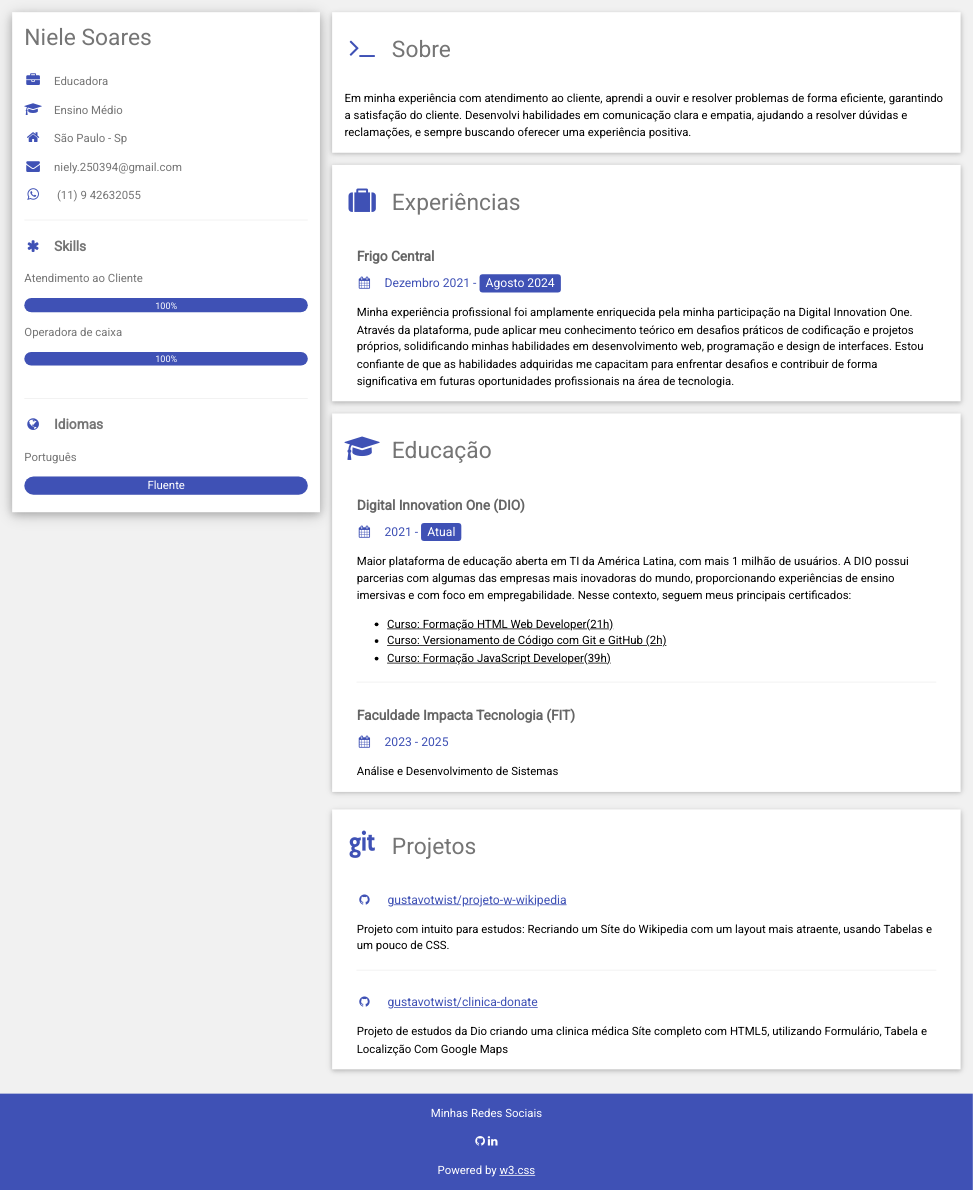
Repository: gustavotwist/cv2
Page: index.html
The author's editor kept a copy of each file at every save. The page is drawn from the files as they stood at one save, then again after a run of saves.
The browser window is 1280 px wide. The pictures show the whole page, at 76% of full size.

Above is the page before, as saved 2024-08-23 17:26:29.

### index.html
<!DOCTYPE html>
<!-- @falvojr: Reference article https://www.w3schools.com/howto/howto_website_create_resume.asp -->
<!-- @falvojr: Useful link to use fontawesome (fa) icons: https://fontawesome.com/v4/icons/ -->
<html lang="pt-BR">

  <head>
    <title>Niele Soares</title>

    <meta http-equiv="Content-Type" content="text/html; charset=UTF-8">
    <meta name="viewport" content="width=device-width, initial-scale=1">

    <link rel="stylesheet" href="https://www.w3schools.com/w3css/4/w3.css">
    <link rel='stylesheet' href='https://fonts.googleapis.com/css?family=Roboto'>
    <link rel="stylesheet" href="https://cdnjs.cloudflare.com/ajax/libs/font-awesome/4.7.0/css/font-awesome.min.css">

    <style>
      html,body,h1,h2,h3,h4,h5,h6 {font-family: "Roboto", sans-serif}
    </style>

  </head>

  <body class="w3-light-grey" cz-shortcut-listen="true">

    <!-- Page Container -->
    <div class="w3-content w3-margin-top" style="max-width:1400px;">

      <!-- The Grid -->
      <div class="w3-row-padding">

        <!-- Left Column -->
        <div class="w3-third">

          <div class="w3-white w3-text-grey w3-card-4">
            <!-- @falvojr: This container has been modified to not use a profile picture. -->
            <div class="w3-container">
              <h2>Niele Soares</h2>
            </div>
            <div class="w3-container">
              <p><i class="fa fa-briefcase fa-fw w3-margin-right w3-large w3-text-indigo"></i>Educadora</p>
              <p><i class="fa fa-graduation-cap fa-fw w3-margin-right w3-large w3-text-indigo"></i>Ensino Médio</p>
              <p><i class="fa fa-home fa-fw w3-margin-right w3-large w3-text-indigo"></i>São Paulo - Sp</p>
              <p><i class="fa fa-envelope fa-fw w3-margin-right w3-large w3-text-indigo"></i><a href="mailto:niely.250394@gmail.com" style="text-decoration: none;">niely.250394@gmail.com</a></p>
              <p ><i class="fa fa-whatsapp fa-fw w3-margin-right w3-large w3-text-indigo"></i> <a href="tel:(11) 9 42632055" style="text-decoration: none;"> (11) 9 42632055</a> </p>
              <hr>

              <p class="w3-large">
                <b><i class="fa fa-asterisk fa-fw w3-margin-right w3-text-indigo"></i>Skills</b>
              </p>
              <p>Atendimento ao Cliente</p>
              <div class="w3-light-grey w3-round-xlarge w3-small">
                <div class="w3-container w3-center w3-round-xlarge w3-indigo" style="width:100%">100%</div>
              </div>
              <p>Operadora de caixa</p>
              <div class="w3-light-grey w3-round-xlarge w3-small">
                <div class="w3-container w3-center w3-round-xlarge w3-indigo" style="width:100%">100%</div>
              </div>
              <br>
              <hr>
              <p class="w3-large w3-text-theme">
                <b><i class="fa fa-globe fa-fw w3-margin-right w3-text-indigo"></i>Idiomas</b>
              </p>
              <p>Português</p>
              <div class="w3-light-grey w3-round-xlarge">
                <div class="w3-container w3-center w3-round-xlarge w3-indigo" style="height:24px;width:100%">Fluente</div>
              </div>
              <br>
            </div>
          </div><br>

          <!-- End Left Column -->
        </div>

        <!-- Right Column -->
        <div class="w3-twothird">

          <div class="w3-container w3-card w3-white w3-margin-bottom">
            <h2 class="w3-text-grey w3-padding-16"><i class="fa fa-terminal fa-fw w3-margin-right w3-xxlarge w3-text-indigo"></i>Sobre</h2>
            <p>Em minha experiência com atendimento ao cliente, aprendi a ouvir e resolver problemas de forma eficiente, garantindo a satisfação do cliente. Desenvolvi habilidades em comunicação clara e empatia, ajudando a resolver dúvidas e reclamações, e sempre buscando oferecer uma experiência positiva.</p>
          </div>

          <div class="w3-container w3-card w3-white w3-margin-bottom">
            <h2 class="w3-text-grey w3-padding-16">
              <i class="fa fa-suitcase fa-fw w3-margin-right w3-xxlarge w3-text-indigo"></i>Experiências
            </h2>
            <div class="w3-container">
              <h5 class="w3-opacity"><b>Frigo Central</b></h5>
                <h6 class="w3-text-indigo"><i class="fa fa-calendar fa-fw w3-margin-right"></i>Dezembro 2021 - <span class="w3-tag w3-indigo w3-round">Agosto 2024</span></h6>
                <p>
                    Minha experiência profissional foi amplamente enriquecida pela minha participação na Digital Innovation One. Através da plataforma, pude aplicar meu conhecimento teórico em desafios práticos de codificação e projetos próprios, solidificando minhas habilidades em desenvolvimento web, programação e design de interfaces. Estou confiante de que as habilidades adquiridas me capacitam para enfrentar desafios e contribuir de forma significativa em futuras oportunidades profissionais na área de tecnologia.
                </p>

            </div>
          </div>

          <div class="w3-container w3-card w3-white">
            <h2 class="w3-text-grey w3-padding-16">
              <i class="fa fa-graduation-cap fa-fw w3-margin-right w3-xxlarge w3-text-indigo"></i>Educação
            </h2>
            <div class="w3-container">
              <h5 class="w3-opacity"><b>Digital Innovation One (DIO)</b></h5>
              <h6 class="w3-text-indigo"><i class="fa fa-calendar fa-fw w3-margin-right"></i>2021 - <span class="w3-tag w3-indigo w3-round">Atual</span></h6>
              <p>
                Maior plataforma de educação aberta em TI da América Latina, com mais 1 milhão de usuários.
                A DIO possui parcerias com algumas das empresas mais inovadoras do mundo, proporcionando experiências
                de ensino imersivas e com foco em empregabilidade. Nesse contexto, seguem meus principais certificados:
              </p>
              <ul>
                <li><a href="https://www.dio.me/certificate/VDSNYTO5" target="_blank">Curso: Formação HTML Web Developer(21h)</a></li>
                <li><a href="https://www.dio.me/certificate/EA66CA6A" target="_blank">Curso: Versionamento de Código com Git e GitHub (2h)</a></li>
                <li><a href="https://www.dio.me/certificate/OST0WIWG" target="_blank">Curso: Formação JavaScript Developer(39h)</a></li>
              </ul>
              <hr>
            </div>
            <div class="w3-container">
              <h5 class="w3-opacity"><b>Faculdade Impacta Tecnologia (FIT)</b></h5>
              <h6 class="w3-text-indigo"><i class="fa fa-calendar fa-fw w3-margin-right"></i>2023 - 2025</h6>
              <p>Análise e Desenvolvimento de Sistemas</p>
            </div>
          </div><br>
          <div class="w3-container w3-card w3-white w3-margin-bottom">
            <h2 class="w3-text-grey w3-padding-16">
              <i class="fa fa-git fa-fw w3-margin-right w3-xxlarge w3-text-indigo"></i>Projetos
            </h2>
            <div class="w3-container">
              <h6 class="w3-text-indigo">
                <i class="fa fa-github fa-fw w3-margin-right"></i>
                <a href="https://github.com/gustavotwist/projeto-w-wikipedia" target="_blank">gustavotwist/projeto-w-wikipedia</a>
              </h6>
              <p>Projeto com intuito para estudos: Recriando um Síte do Wikipedia com um layout mais atraente, usando Tabelas e um pouco de CSS.</p>
              <hr>
            </div>
            <div class="w3-container">
              <h6 class="w3-text-indigo">
                <i class="fa fa-github fa-fw w3-margin-right"></i>
                <a href="https://github.com/gustavotwist/clinica-donate" target="_blank">gustavotwist/clinica-donate</a>
              </h6>
              <p>Projeto de estudos da Dio criando uma clinica médica Síte completo com HTML5, utilizando Formulário, Tabela e Localizção Com Google Maps</p>
            </div>
          </div>

          <!-- End Right Column -->
        </div>

        <!-- End Grid -->
      </div>

      <!-- End Page Container -->
    </div>

    <footer class="w3-container w3-indigo w3-center w3-margin-top">
      <p>Minhas Redes Sociais</p>
      <a href="https://github.com/gustavotwist" target="_blank"><i class="fa fa-github w3-hover-opacity"></i></a>
      <a href="https://www.linkedin.com/in/gustavoalves7/" target="_blank"><i class="fa fa-linkedin w3-hover-opacity"></i></a>
      <p>Powered by <a href="https://www.w3schools.com/w3css/default.asp" target="_blank">w3.css</a></p>
    </footer>

  </body>

</html>

After the next 2 saves:
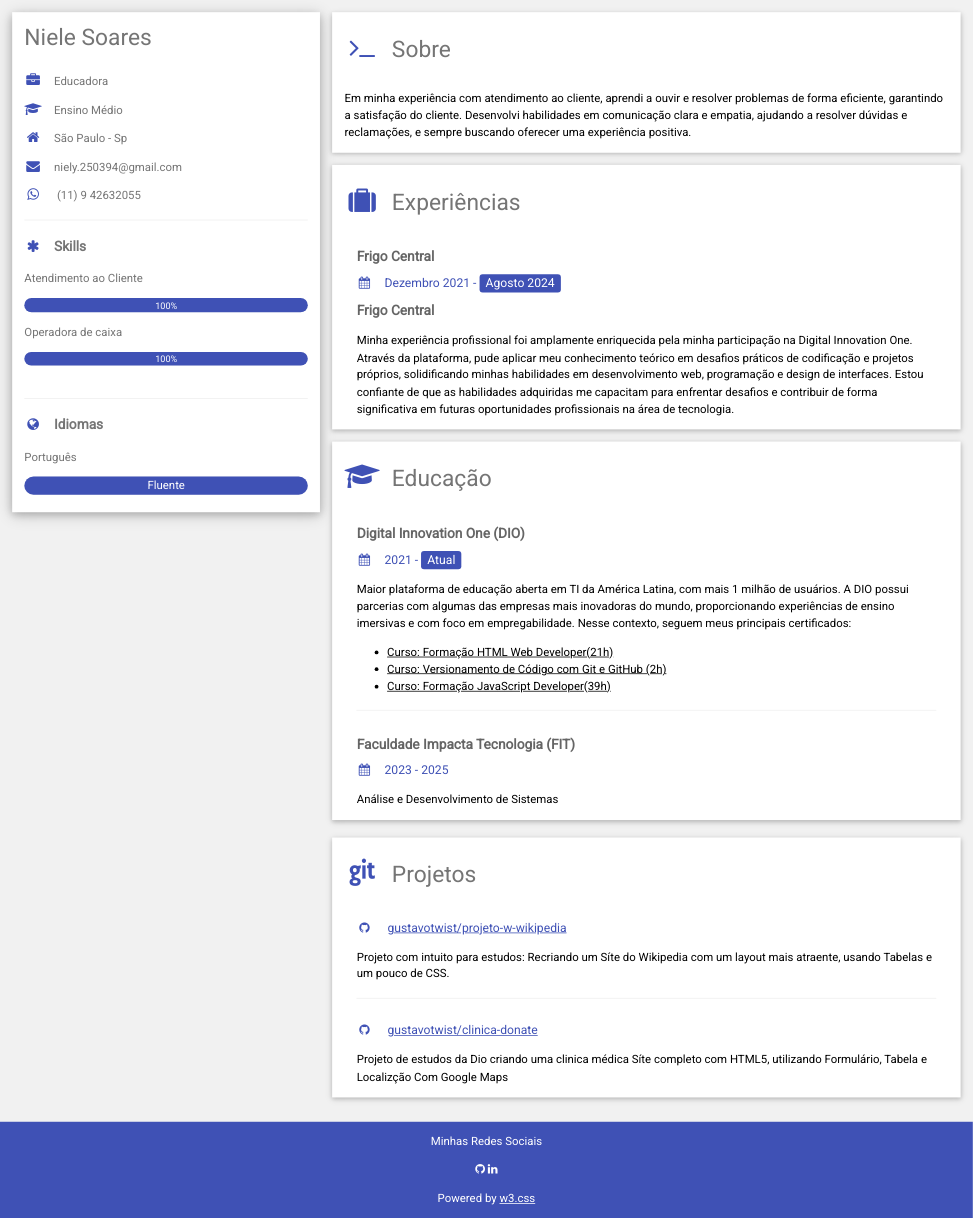
The 2 saves are shown as one change because they came seconds apart.
The last was saved 88 s later.
--- a/index.html
+++ b/index.html
@@ -85,6 +85,7 @@
             <div class="w3-container">
               <h5 class="w3-opacity"><b>Frigo Central</b></h5>
                 <h6 class="w3-text-indigo"><i class="fa fa-calendar fa-fw w3-margin-right"></i>Dezembro 2021 - <span class="w3-tag w3-indigo w3-round">Agosto 2024</span></h6>
+                <h5 class="w3-opacity"><b>Frigo Central</b></h5>
                 <p>
                     Minha experiência profissional foi amplamente enriquecida pela minha participação na Digital Innovation One. Através da plataforma, pude aplicar meu conhecimento teórico em desafios práticos de codificação e projetos próprios, solidificando minhas habilidades em desenvolvimento web, programação e design de interfaces. Estou confiante de que as habilidades adquiridas me capacitam para enfrentar desafios e contribuir de forma significativa em futuras oportunidades profissionais na área de tecnologia.
                 </p>

After the save that followed:
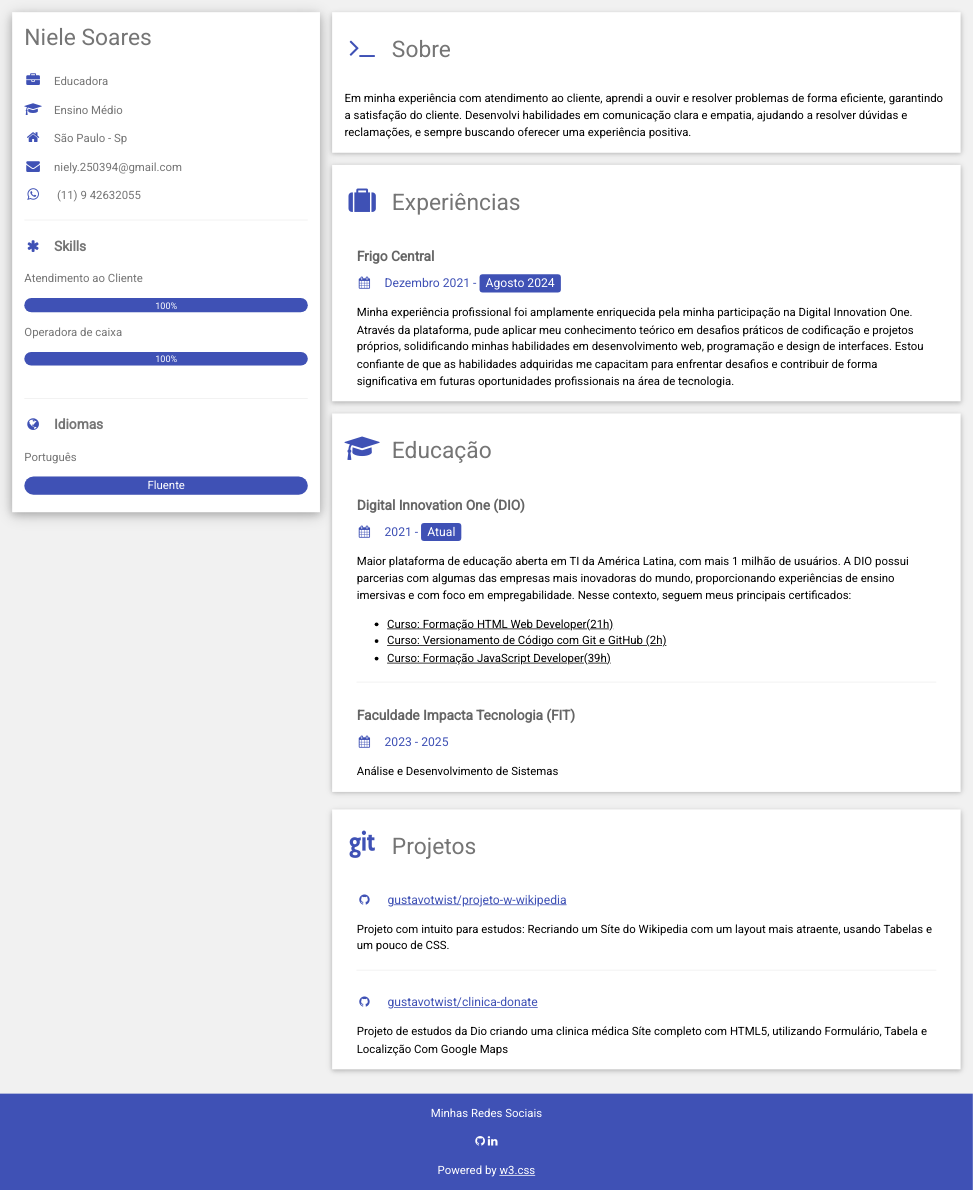
Saved 5 s later.
--- a/index.html
+++ b/index.html
@@ -85,7 +85,7 @@
             <div class="w3-container">
               <h5 class="w3-opacity"><b>Frigo Central</b></h5>
                 <h6 class="w3-text-indigo"><i class="fa fa-calendar fa-fw w3-margin-right"></i>Dezembro 2021 - <span class="w3-tag w3-indigo w3-round">Agosto 2024</span></h6>
-                <h5 class="w3-opacity"><b>Frigo Central</b></h5>
+                <h5 class="w3-opacity"><b></b></h5>
                 <p>
                     Minha experiência profissional foi amplamente enriquecida pela minha participação na Digital Innovation One. Através da plataforma, pude aplicar meu conhecimento teórico em desafios práticos de codificação e projetos próprios, solidificando minhas habilidades em desenvolvimento web, programação e design de interfaces. Estou confiante de que as habilidades adquiridas me capacitam para enfrentar desafios e contribuir de forma significativa em futuras oportunidades profissionais na área de tecnologia.
                 </p>
